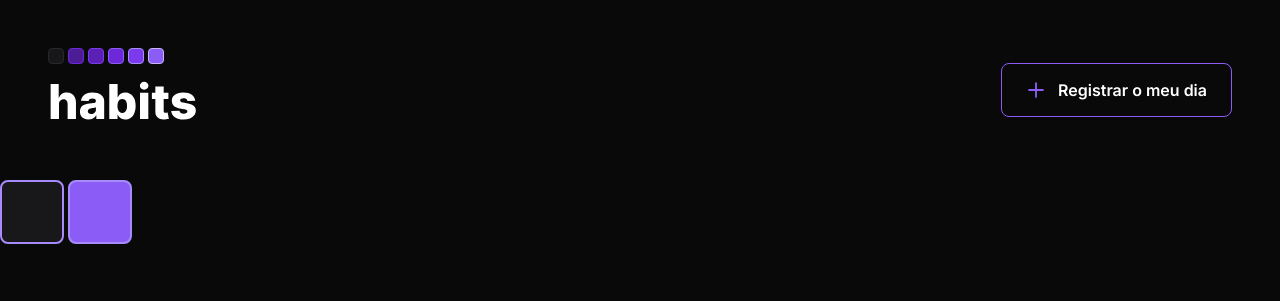
Repository: AntonyCosta/nlw-setup
Page: index.html
The author's editor kept a copy of each file at every save. The page is drawn from the files as they stood at one save, then again after the next save.
The browser window is 1280 px wide. The pictures show the whole page.

Above is the page before, as saved 2023-01-18 03:42:44.

### index.html
<!DOCTYPE html>
<html lang="pt-br">
  <head>
    <meta charset="UTF-8" />
    <meta http-equiv="X-UA-Compatible" content="IE=edge" />
    <meta name="viewport" content="width=device-width, initial-scale=1.0" />
    <link rel="preconnect" href="https://fonts.googleapis.com" />
    <link rel="preconnect" href="https://fonts.gstatic.com" crossorigin />
    <link
      href="https://fonts.googleapis.com/css2?family=Inter:wght@600&display=swap"
      rel="stylesheet"
    />
    <link rel="stylesheet" href="style.css" />
    <title>Habits</title>
  </head>
  <body>
    <header>
      <img src="./assets/logo.svg" alt="" />
      <button>
        <img src="./assets/plus.svg" alt="" />
        Registrar o meu dia
      </button>
    </header>

    <form>
      <div class="habits">
        <div class="habit"></div>
      </div>
    </form>

    <input type="checkbox" />
    <input type="checkbox" checked />
  </body>
</html>

### style.css
* {
  margin: 0;
  padding: 0;
  box-sizing: border-box;
}

body {
  background-color: #09090a;
  color: white;

  /* display: grid;
  place-items: center; */

  height: 100vh;
}

header {
  display: flex;
  align-items: center;
  justify-content: space-between;

  padding: 48px;
}

button {
  padding: 16px 24px;
  border: 1px solid #8b5cf6;
  border-radius: 8px;
  background: transparent;
  color: #ffffff;

  display: flex;
  align-items: center;
  gap: 12px;

  font-family: "Inter", arial, sans-serif;
  font-weight: 600;
  font-size: 16px;
  line-height: 125%;
}

input {
  appearance: none;
  -webkit-appearance: none;

  width: 64px;
  height: 64px;

  border: 2px solid #a78bfa;
  border-radius: 8px;

  background: #18181b;
}

input:checked {
  background: #8b5cf6;
  border: 2px solid #a78bfa;
}

After the next save:
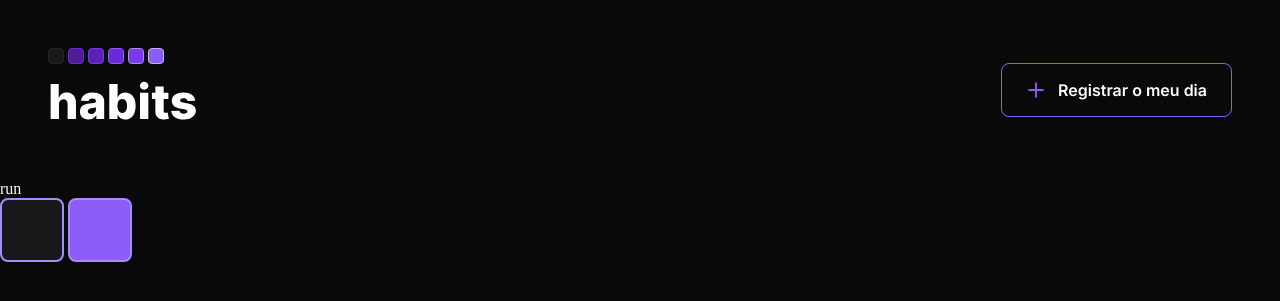
Saved 34 s later.
--- a/index.html
+++ b/index.html
@@ -24,7 +24,7 @@
 
     <form>
       <div class="habits">
-        <div class="habit"></div>
+        <div class="habit">run</div>
       </div>
     </form>
 

After the save that followed:
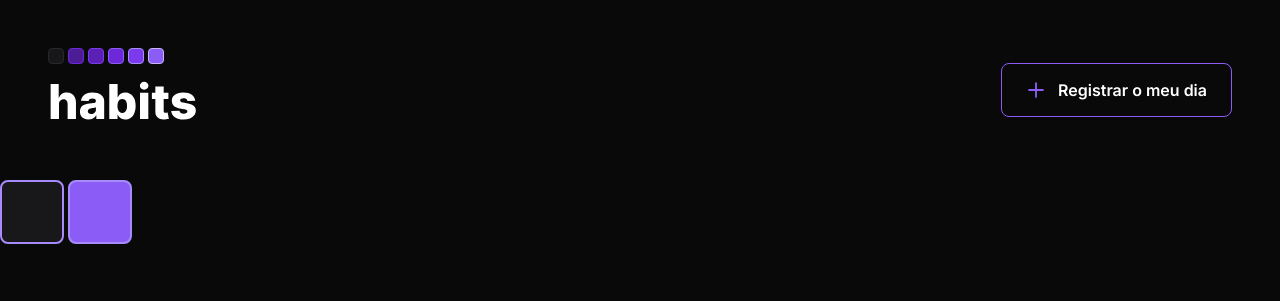
Saved 6 s later.
--- a/index.html
+++ b/index.html
@@ -24,7 +24,7 @@
 
     <form>
       <div class="habits">
-        <div class="habit">run</div>
+        <div class="habit"></div>
       </div>
     </form>
 
